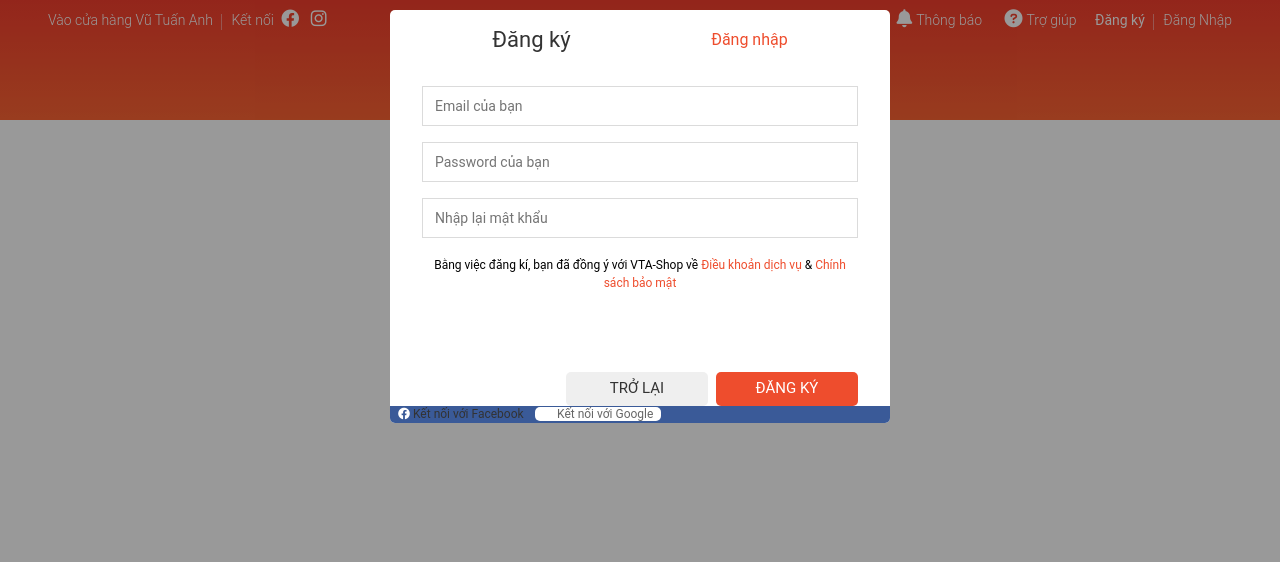
Repository: VuTuanAnh0949/Shopee
Page: index.html
These files come from the project's save history. The page is drawn as it stood at one moment and after the next save; the edit follows.
The browser window is 1280 px wide. The pictures show the whole page.

Above is the page before, as saved 2022-02-16 13:41:35.

### index.html
<!DOCTYPE html>
<html lang="en">

<head>
    <meta charset="UTF-8" />
    <meta http-equiv="X-UA-Compatible" content="IE=edge" />
    <meta name="viewport" content="width=device-width, initial-scale=1.0" />
    <title>Shopee</title>
    <link rel="stylesheet" href="https://cdnjs.cloudflare.com/ajax/libs/normalize/8.0.1/normalize.min.css" />
    <link rel="stylesheet" href="./assets/css/base.css" />
    <link rel="stylesheet" href="./assets/css/main.css" />
    <link rel="stylesheet" href="./assets/fonts/fontawesome-free-6.0.0-web/css/all.min.css">
    <link rel="stylesheet" href="https://fonts.googleapis.com/css?family-Roboto:300, 400, 500,78
0&display=swap&subset=vietnamese" rel="stylesheet" />

</head>

<body>
    <!-- Block Element Modifier -->
    <div class="app">
        <header class="header">
            <div class="grid">
                <nav class="header__navbar">
                    <ul class="header__navbar-list">
                        <li class="header__navbar-item header__navbar-item--has-qr header__navbar-item--separate">Vào cửa hàng Vũ Tuấn Anh
                            <div class="header__qr">
                                <img src="./assets/img/QR_code.png" alt="QR Code" class="header__qr-img">
                                <div class="header__qr-apps">
                                    <a href="" class="header__qr-link"><img src="./assets/img/Google_Play.png" alt="Google Play" class="header__qr-dowload-img">
                                    </a>
                                    <img src="./assets/img/App_store.png" alt="App Store" class="header__qr-dowload-img">
                                </div>
                            </div>
                        </li>
                        <li class="header__navbar-item">
                            <span class="header__navbar-title--no-pointer">Kết nối</span>
                            <a href="" class="header__navbar-icon-link"><i class="header__navbar-icon fa-brands fa-facebook"></i></a>
                            <a href="" class="header__navbar-icon-link"><i class="header__navbar-icon fa-brands fa-instagram"></i></a>
                        </li>
                    </ul>

                    <ul class="header__navbar-list">
                        <li class="header__navbar-item header__navbar-item--has-notification">
                            <a href="" class="header__navbar-item-link"><i class="header__navbar-icon fa-solid fa-bell"></i>Thông báo</a>
                            <div class="header__notification">
                                <header class="header__notification-header">
                                    <h3>Thông báo mới nhận</h3>
                                </header>
                                <ul class="header__notification-list">
                                    <li class="header__notification-item header__notification-viewed">
                                        <a href="" class="header__notification-link">
                                            <img src="https://cf.shopee.vn/file/a2344384834f0903b232953bf8e1d283_tn" alt="" class="header__notification-img">
                                            <div class="header__notification-info">
                                                <span class="header__notification-name">Bàn Phím cơ chính hãng K400-Đen</span>
                                                <span class="header__notification-descriotion">Bàn phím cơ máy tính gaming K550 Pro full Led 7 chế độ hiệu ứng là mẫu bàn phím phù hợp cho văn phòng và game thủ</span>
                                            </div>
                                        </a>
                                    </li>
                                    <li class="header__notification-item">
                                        <a href="" class="header__notification-link">
                                            <img src="https://cf.shopee.vn/file/fbd0d6cd59ae0c260cbdd8d2bdccbe06_tn" alt="" class="header__notification-img">
                                            <div class="header__notification-info">
                                                <span class="header__notification-name">Bàn phím cơ chính hãng K400-Trắng xanh 1</span>
                                                <span class="header__notification-descriotion">Bàn phím cơ máy tính gaming K550 Pro full Led 7 chế độ hiệu ứng là mẫu bàn phím phù hợp cho văn phòng và game thủ</span>
                                            </div>
                                        </a>
                                    </li>
                                    <li class="header__notification-item ">
                                        <a href="" class="header__notification-link">
                                            <img src="https://cf.shopee.vn/file/26989c24e549299dcfb324055082c553" alt="" class="header__notification-img">
                                            <div class="header__notification-info">
                                                <span class="header__notification-name">Bàn phím cơ chính hãng K400-Trắng xanh 2</span>
                                                <span class="header__notification-descriotion">>Bàn phím cơ máy tính gaming K550 Pro full Led 7 chế độ hiệu ứng là mẫu bàn phím phù hợp cho văn phòng và game thủ</span>
                                            </div>
                                        </a>
                                    </li>
                                </ul>
                                <div class="footer header__notification-footer">
                                    <a href="" class="header__notification-footer-btn">Xem tất cả</a>


                                </div>
                            </div>
                        </li>
                        <li class="header__navbar-item">
                            <a href="" class="header__navbar-item-link"><i class="header__navbar-icon fa-solid fa-circle-question"></i>Trợ giúp</a>
                        </li>
                        <li class="header__navbar-item header__navbar-item--strong header__navbar-item--separate">Đăng ký</li>
                        <li class="header__navbar-item header__navbar-ite--strong"> Đăng Nhập</li>
                    </ul>
                </nav>
            </div>
        </header>
        <div class="container">

        </div>
        <footer class="footer">

        </footer>
    </div>
    <!-- Modal layout -->
    <div class="modal">
        <div class="modal__overlay"></div>

        <div class="modal__body">

            <!-- Authen form -->
            <div class="auth-form">
                <div class="auth-form__container">
                    <div class="auth-form__container"></div>
                    <div class="auth-form__header">
                        <h3 class="auth-form__heading">Đăng ký</h3>
                        <span class="auth-form__switch-btn">Đăng nhập</span>
                    </div>
                    <div class="auth-form__form">
                        <div class="auth-form__group">
                            <input type="text" class="auth-form__input" placeholder="Email của bạn">
                        </div>
                        <div class="auth-form__group">
                            <input type="password" class="auth-form__input" placeholder="Password của bạn">
                        </div>
                        <div class="auth-form__group">
                            <input type="password" class="auth-form__input" placeholder="Nhập lại mật khẩu ">
                        </div>
                    </div>
                    <div class="auth-form__aside">
                        <p class="auth-form__policy-text">
                            Bằng việc đăng kí, bạn đã đồng ý với VTA-Shop về
                            <a href="" class="auth-form__text-link">Điều khoản dịch vụ</a> &
                            <a href="" class="auth-form__text-link">Chính sách bảo mật</a>
                        </p>
                    </div>
                    <div class="auth-form__controls">
                        <button class="btn btn--normal auth-form__controls-back ">TRỞ LẠI</button>
                        <button class="btn btn--primary">ĐĂNG KÝ</button>
                    </div>
                </div>
                <div class="auth-form__socials--facebook">
                    <a href="" class="btn btn--size-s btn--with-icon">
                        <i class="auth-form__socials-icon fa-brands fa-facebook"></i>
                        <span class="auth-form__socials-title">
                            Kết nối với Facebook
                        </span>
                    </a>
                    <a href="" class="auth-form__socials--google btn btn--size-s btn--with-icon">
                        <i class="auth-form__socials-icon fa-brands fa-google"></i>
                        <span class="auth-form__socials-title">
                            Kết nối với Google
                        </span>
                    </a>
                </div>
            </div>
        </div>
    </div>
</body>

</html>

### assets/css/base.css
:root {
  --primary-color:#EE4D2D;
  --white-color: #fff;
  --black-color: #000;
  --text-color: #333;
  --border-color:#dbdbdb;
}
* {
  box-sizing: inherit;
}
html {
  font-size: 62.5%;
  line-height: 1.6rem;
  font-family: "Roboto", sans-serif;
  box-sizing: border-box;
}
.grid {
  width: 1200px;
  max-width: 100%;
  margin: 0 auto;
}
.grid__full-width {
  width: 100%;
}
.grid__row {
  display: flex;
  flex-wrap: wrap;
}
/* Animation */
@keyframes fadeIn{
  from{
    opacity: 0;
  }to{
    opacity: 1;
  }
}
/* Modal */
.modal{
  position: fixed;
  top: 0;
  right: 0;
  bottom: 0;
  left: 0;
  display: flex;
}
.modal__overlay{
  position: absolute;
  width: 100%;
  height: 100%;
  background-color: rgba(0,0,0,0.4);
}
.modal__body{
  width: 500px;
  height: 700px;
  margin: auto;
  position: relative;
  z-index: 1;  /* để cho modal nổi lên */
}
/* Button style */
.btn{
  min-width: 142px;
  height: 34px;
  text-decoration: none;
  border:none ;
  border-radius: 5px;
  font-size: 1.5rem;
  padding:0 12px;
  outline: none;
  cursor: pointer;
  color: var(--text-color);
  align-items: center;
 justify-content: center;
}
.btn.btn--normal:hover{
  background-color: rgba(0,0,0,0.05);
}
.btn.btn--size-s{
  height: 32px;
  font-size: 12px;
  padding:0 8px;
}
/* .. dùng để css 1 element có 2 class */
.btn.btn--primary{
  color: var(--white-color);
  background-color: var(--primary-color);
  }
.btn.btn-disabled{
  color: #949494;
  cursor: default;
  background-color: #c3c3c3;
}

### assets/css/main.css
.header{
height: 120px;
background-image:linear-gradient(0, #fe6433, #f53e2d) ;
}
.header__navbar{
  display: flex;
  justify-content: space-between;
}
.header__navbar-list{
list-style: none;
padding-left: 0;
margin-top: 9px;
}
.header__navbar-item{
  margin: 0 8px;
  position: relative;
  min-height: 26px;
}
.header__navbar-item--has-qr:hover .header__qr{
  display: block;
}
.header__navbar-item--has-notification:hover .header__notification{
  display: block;
}
.header__navbar-item,
.header__navbar-item-link{
  display:inline-block;
  font-size: 1.4rem;
  color:var(--white-color);
  text-decoration: none;
  font-weight: 300;
}
.header__navbar-item,
.header__navbar-item-link,
.header__navbar-icon-link{
/*   display: flex; */
  align-items: center;
}
.header__qr::before{
  position: absolute;
  left: 0;
  top: -16px;
  width: 100%;
  height: 20px;
  content: "";
  display: block;

}
.header__navbar-item:hover,
.header__navbar-icon-link:hover,
.header__navbar-item-link:hover{
  cursor: pointer;
  color: rgba(255,255,255,0.7);
}
.header__navbar-item--strong{
  font-weight: 400;
}
.header__navbar-item--separate::after{
  content: "";
  display: block;
  position: absolute;
border-left: 1px solid #FB9086;
height: 16px;
right: -9px;
top: 37%;
transform: translateY(-50%);
}
.header__navbar-icon-link{
  color: var(--white-color);
  text-decoration: none;
}
.header__navbar-icon{
  font-size: 1.8rem;
  margin: 0 4px;
}
.header__navbar-title--no-pointer{
  cursor: text;
  color: var(--white-color);
  text-decoration: none;
}
/* Header QR code */
.header__qr{
  width: 180px;
background-color: var(--white-color);
position: absolute;
left: 0;
top: 100%;
padding: 8px;
border-radius: 5px;
display: none;
animation: fadeIn ease-in 0.3s;
}
.header__qr-img{
width: 100%;
}
.header__qr-apps{
display: flex;
justify-content: space-between;
}
.header__qr-link:nth-child(1){
  margin-left: 11px;
}
.header__qr-link:nth-child(2){
  margin-right: 15px;
}
.header__qr-dowload-img{
  height: 16px;
}
/* header__notification */
.header__notification{
position: absolute ;
top: 27px;
right: 0;
width: 404px;
background-color: var(--white-color);
border-radius: 5px;
border: 1px solid #D3D3D3;
cursor: default;
transform-origin:90% top;
animation:  headerNotificationGrowth ease-in 0.2s;
will-change: opacity, transform;
display: none;
}
.header__notification::before{
content: "";
border-width:20px 30px ;
border-style: solid;
/* Tạo một lớp giá */
border-color:transparent transparent var(--white-color) transparent;
position: absolute;
right: 6px;
top: -30px;
}
/* Giúp di chuột vào quả chuông cạnh nút thông báo không bị mất list thông báo */
.header__notification::after{
  content: "";
  display: block;
  position: absolute;
  height: 20px;
  width: 90px;
  top: -16px;
  right: 0;
 }
@keyframes headerNotificationGrowth{
  from{
    opacity: 0;
    transform: scale(0);
  }to{
    opacity: 1;
    transform: scale(1);
  }
}
.header__notification-header{
  height: 40px;
  background-color: var(--white-color);
  border-radius: 5px;
}
.header__notification-header h3{
  color: #999;
  margin: 0 0 0 12px;
  width: 400;
  font-size: 1.4rem;
  line-height: 40px;
  user-select: none;  /* không cho coppy */
}
.header__notification-list{
padding-left: 0;
}
.header__notification-item{
display: flex;

}
.header__notification-item:hover{
  background-color: #f7f7f7
}
.header__notification-viewed{
  background-color: rgba(238,75,43,0.08);

}
.header__notification-link{
  display: flex;
  width: 100%;
  padding: 12px;
  text-decoration: none;
}
.header__notification-img{
width: 48px;
object-fit: contain;
}
.header__notification-info{
margin-left: 12px;
}
.header__notification-name{
display: block;
font-size: 1.4rem;
color: var(--text-color);
font-weight: 400px;
line-height: 1.8rem;
}
.header__notification-descriotion{
display: block;
font-size: 1.2rem;
line-height: 1.6rem;
color: #765F6E;
margin-top: 4px;
}
.header__notification-footer{
 display: flex;
}
.header__notification-footer-btn{
  text-decoration: none;
  color:var(--text-color);
  width: 100%;
  padding: 8px 0;
  margin: auto;
  font-size: 1.4rem;
  font-weight: 400;
  text-align: center;
}
/* Authen modal */
.auth-form{
  width: 500px;
    background-color: var(--white-color);
  border-radius: 5px;
  overflow: hidden;
}
.auth-form__container{
  padding: 0 32px;
}
.auth-form__header{
  display: flex;
  align-items: center;
  justify-content: space-around;
}
.auth-form__heading{
  font-size: 2.2rem;
  font-weight:400;
  color: var(--text-color);
}
.auth-form__switch-btn{
  font-size: 1.6rem;
  font-weight:400;
  color: var(--primary-color);
  cursor: pointer;
}
.auth-form__form{
}
.auth-form__input{
  width: 100%;
  height: 40px;
  margin-top: 16px;
  padding: 0 12px;
  font-size: 1.4rem;
  border: 1px solid var(--border-color);
  outline: none;
}
/*Dí chuột vào ô input => ô input nháy chuột  */
.auth-form__input:focus{
border-color: #777;
}
.auth-form__aside{
  margin-top: 18px;
}
.auth-form__policy-text{
  font-size: 1.2rem;
  line-height: 1.8rem;
  text-align: center;
  padding: 0 3px;
}
.auth-form__text-link{
  color: var(--primary-color);
  text-decoration: none;
}
.auth-form__controls{
  margin-top: 80px;
  display: flex;
  justify-content: flex-end;
}
.auth-form__controls-back{
  margin-right: 8px;
}
.auth-form__socials{
 background-color: #F5F5F5;
 padding: 16px 36px;
 display: flex;
 justify-content: space-between;
 margin-top: 20px;
}
.auth-form__socials--facebook{
  color: var(--white-color);
  background-color:#3A5A98 ;
}
.auth-form__socials--facebook,
.auth-form__socials-icon{
color: var(--white-color);
}
.auth-form__socials-title{
  margin-top: 0 36px;
}
.auth-form__socials--google{
  color: #666;
  background-color: var(--white-color);
}

Loaded but not shown: assets/fonts/fontawesome-free-6.0.0-web/css/all.min.css (library)

After the next save:
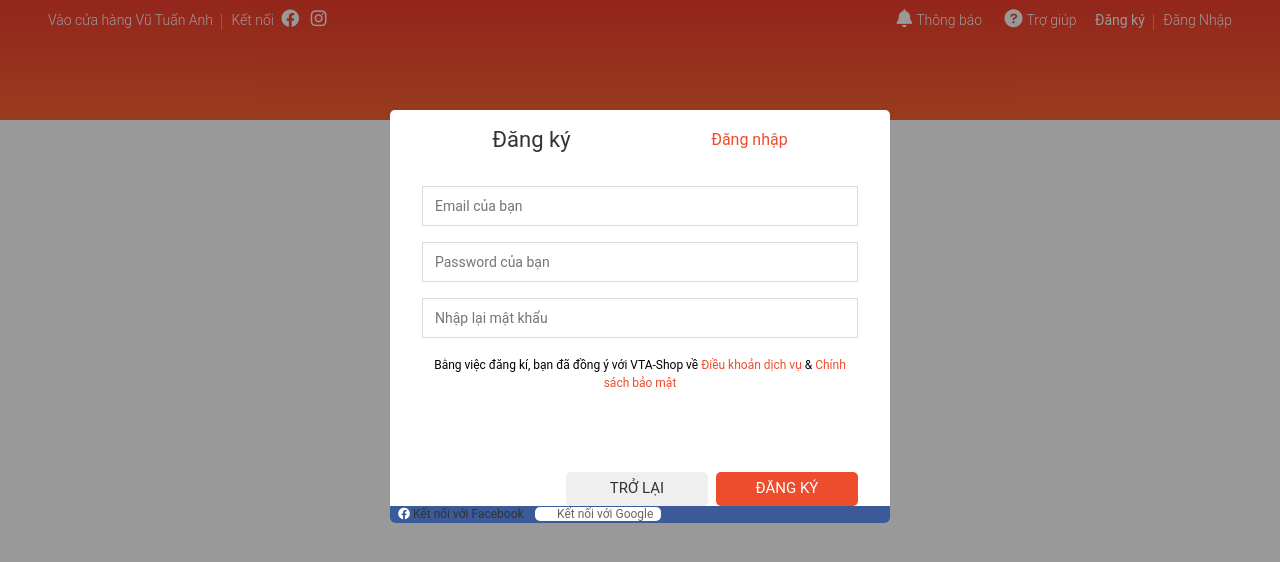
Saved 16 s later.
--- a/assets/css/base.css
+++ b/assets/css/base.css
@@ -51,7 +51,7 @@
 }
 .modal__body{
   width: 500px;
-  height: 700px;
+  height: 500px;
   margin: auto;
   position: relative;
   z-index: 1;  /* để cho modal nổi lên */

After the save that followed:
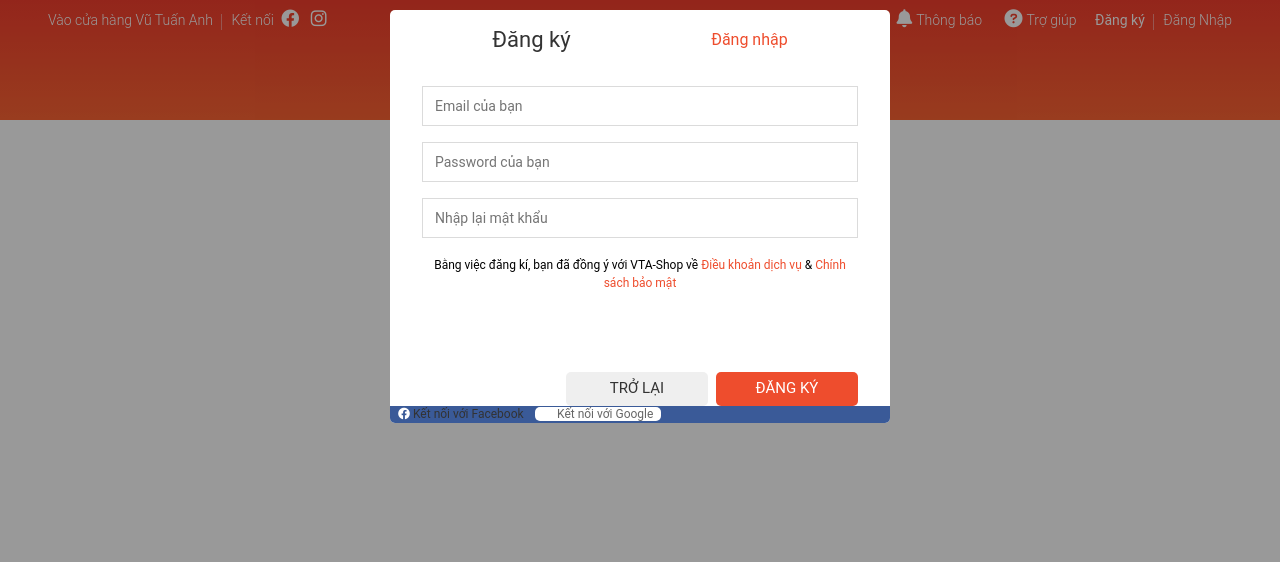
Saved 14 s later.
--- a/assets/css/base.css
+++ b/assets/css/base.css
@@ -51,10 +51,10 @@
 }
 .modal__body{
   width: 500px;
-  height: 500px;
+  height: 700px;
   margin: auto;
   position: relative;
-  z-index: 1;  /* để cho modal nổi lên */
+ /* để cho modal nổi lên */
 }
 /* Button style */
 .btn{
